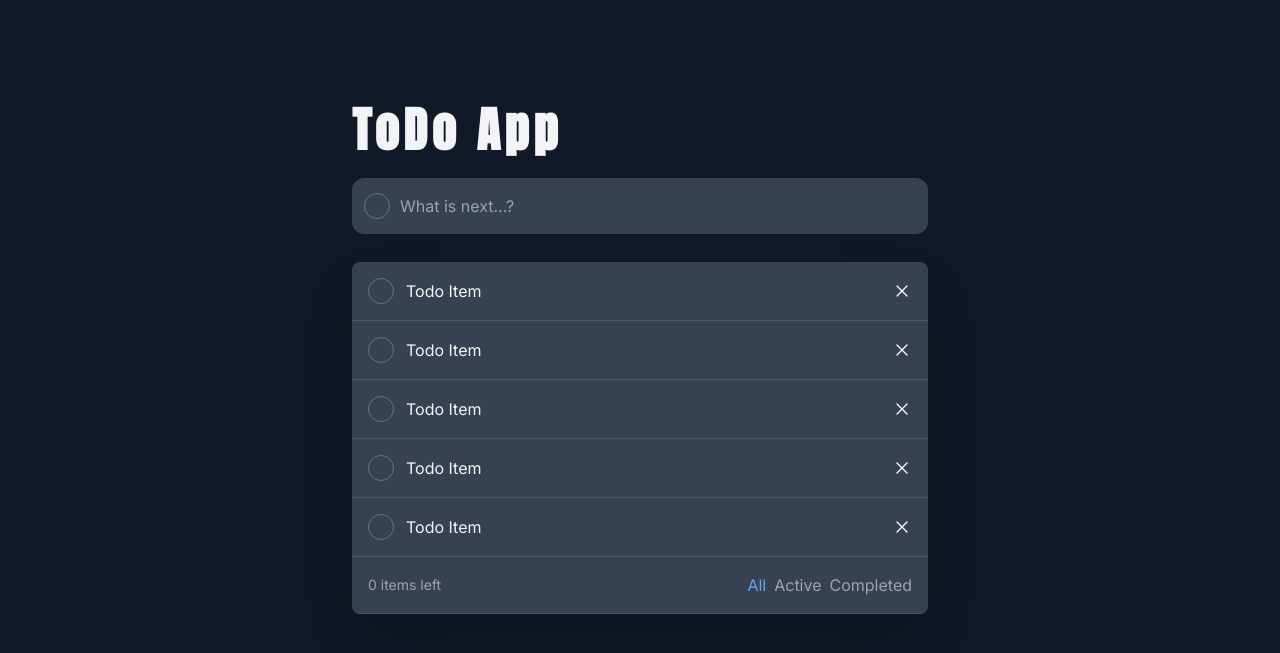
Repository: mvbri/app-todo-fullstack
Page: /
The author's editor kept a copy of each file at every save. The page is drawn from the files as they stood at one save, then again after the next save.
The browser window is 1280 px wide. The pictures show the whole page.
The project was rebuilt for these pictures with package versions that can differ from the ones it lists, and the page was loaded fresh each time. Also part of the build but not shown: src/App.css.

Above is the page before, as saved 2023-04-11 14:45:14.

After the next save:
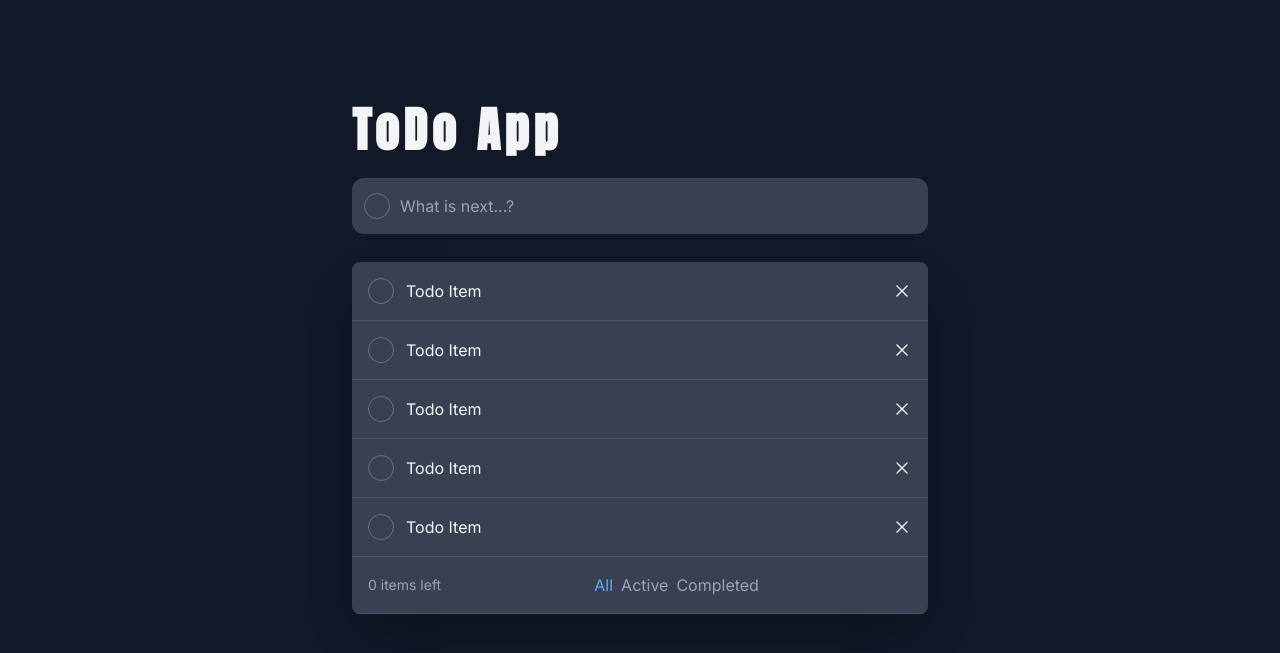
Saved 2 min 59 s later.
--- a/src/components/TodoFilters.js
+++ b/src/components/TodoFilters.js
@@ -15,6 +15,8 @@ const TodoFilters = () => {
 				<FilterButon action={() => {}} active='all' filter='Active' />
 				<FilterButon action={() => {}} active='all' filter='Completed' />
 			</FilterButtonContainer>
+
+			<button className='text-gray-400'></button>
 		</FiltersContainer>
 	);
 };
